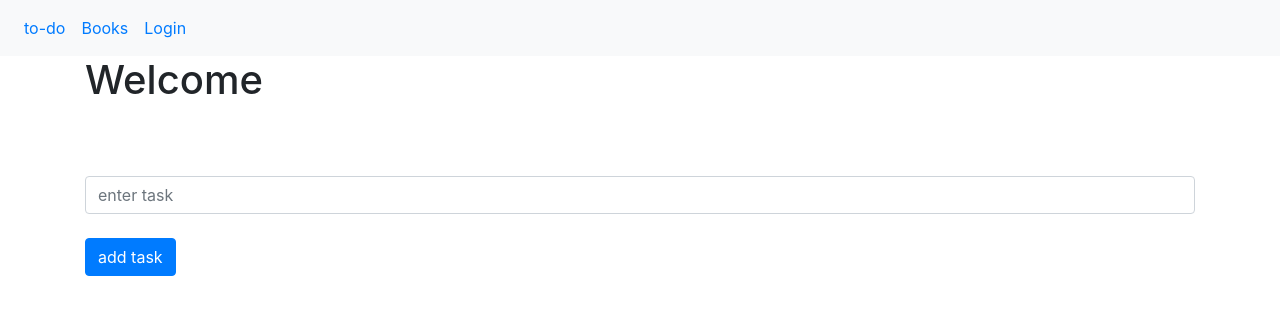
Repository: omniabadry/react-test
Page: /ToDo
The author's editor kept a copy of each file at every save. The page is drawn from the files as they stood at one save, then again after the next save.
The browser window is 1280 px wide. The pictures show the whole page.
The project was rebuilt for these pictures with package versions that can differ from the ones it lists, and the page was loaded fresh each time.

Above is the page before, as saved 2021-02-09 14:00:30.

### src/App.js
import React from 'react';
import {Collapse,Navbar,NavbarToggler,Nav,NavItem,NavLink} from 'reactstrap';
import { BrowserRouter as Router, Link } from "react-router-dom";
import Routes from "./Routes";

function App() {

  return (
    <Router>
      <Navbar color="light" light expand="md">
        <NavbarToggler />
        <Collapse navbar>
          <Nav className="mr-auto" navbar>
            <NavItem>
              <NavLink><Link to="/ToDo">to-do</Link></NavLink>
            </NavItem>
            <NavItem>
              <NavLink><Link to="/Books">Books</Link></NavLink>
            </NavItem>
            <NavItem >
              <NavLink ><Link to="/login">Login</Link></NavLink>
            </NavItem>
          </Nav>
        </Collapse>
      </Navbar>
      <Routes/>
    </Router>
  );
}

export default App;

### src/Routes.js
import React, { Suspense } from "react";
import { Route , Switch} from "react-router-dom";

const Login = React.lazy(() => import('./components/login'));
const Books = React.lazy(() => import("./components/books"));
const ToDo = React.lazy(() => import("./components/to-do"));

export default function Routes() {
    return (
      <Suspense fallback="loading.....">
        <Switch>
          <Route path="/login" exact component={Login} />
          <Route path="/Books" exact component={Books} />
          <Route path="/ToDo" exact component={ToDo} />
        </Switch>
      </Suspense>
    );
  }

### src/components/to-do.js
import { useState , useEffect } from "react";
export default function ToDo() {
    const [task, setTask] = useState();
    const [tasks, setTasks] = useState([]);

   const handleInput=(event)=>{
       let value =event.target.value
        setTask(value);
    }
    const addTask = ()=>{
        let items = tasks.slice();
        items.push(task);
        setTasks(items);
        setTask("");
    }
    const deleteTask = (index)=>{
        let items = tasks.slice();
        items.splice(index,1);
        setTasks(items)
    }


    const getListItems=()=>{
    let items = []
    if(tasks){
        for (let index = 0; index < tasks.length; index++) {
            items.push(<span><li><del>{tasks[index]}</del></li><button className="deletebtn" onClick={()=>deleteTask(index)}>delete</button><br /></span>)
        }
    }
    return items
   }


    return (
        <div class="container">
            <h1>Welcome {localStorage.getItem("email")}</h1>
            <br/>
            <br/>
            <ul className="ul">
                {getListItems()}
            </ul>
            <input
                placeholder="enter task"
                onChange={handleInput}
                className="form-control mb-4"
                value={task}
            />
            <button class="btn btn-primary" onClick={addTask}>add task</button>
        </div>
    )
}

Loaded but not shown: public/index.html (common file); src/index.js (common file); src/index.css (common file); src/reportWebVitals.js (common file)

After the next save:
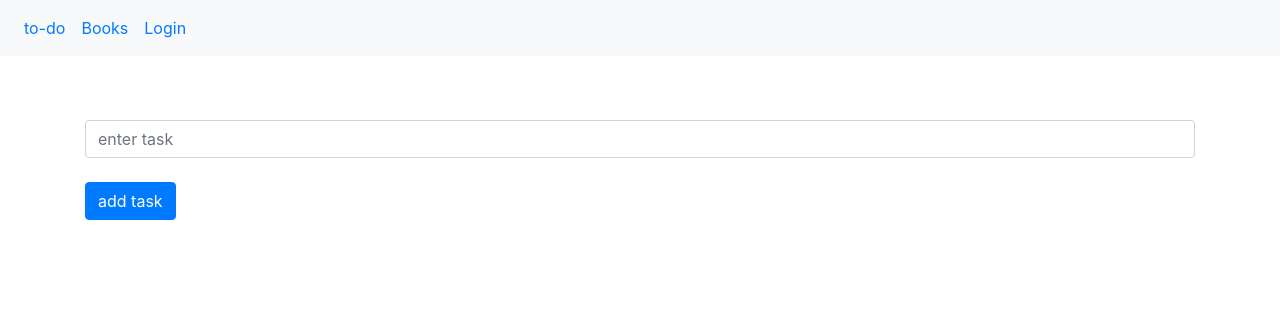
Saved 2 min 51 s later.
--- a/src/components/to-do.js
+++ b/src/components/to-do.js
@@ -33,7 +33,7 @@ export default function ToDo() {
 
     return (
         <div class="container">
-            <h1>Welcome {localStorage.getItem("email")}</h1>
+            {/* <h1>Welcome {localStorage.getItem("email")}</h1> */}
             <br/>
             <br/>
             <ul className="ul">
